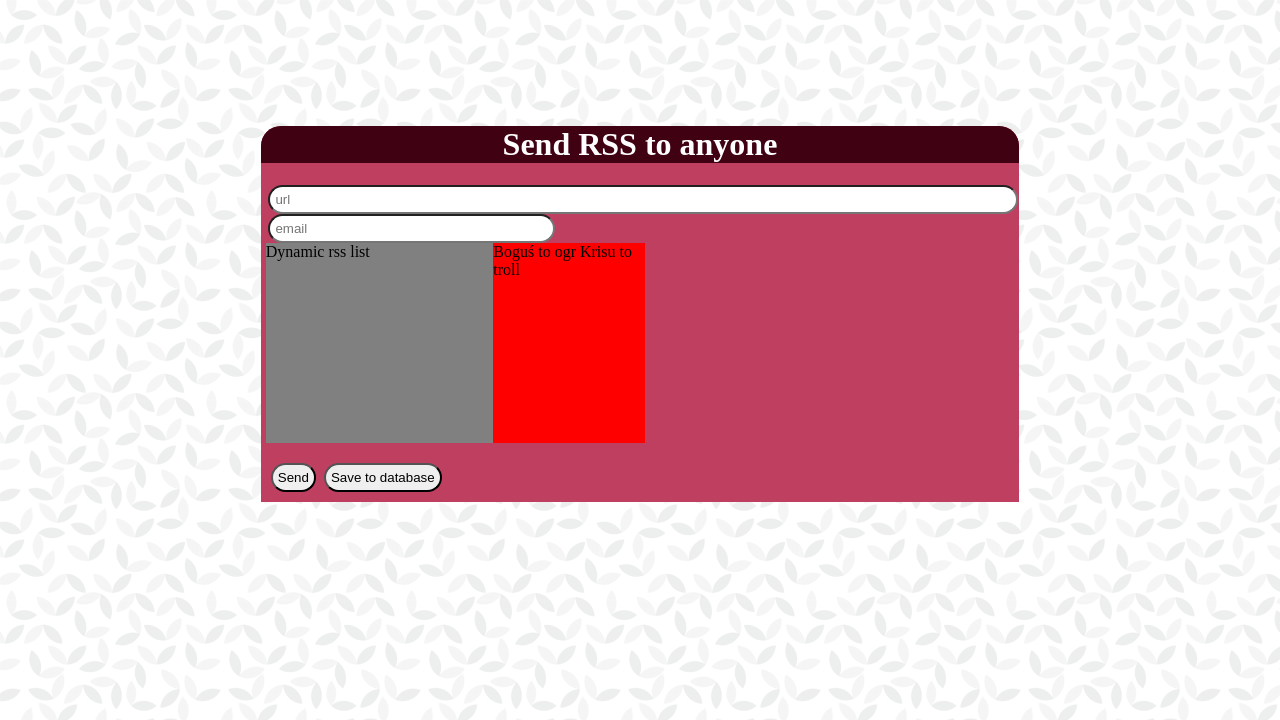
Repository: michalski9wsb/rss_final
Page: index.html
The author's editor kept a copy of each file at every save. The page is drawn from the files as they stood at one save, then again after the next save.
The browser window is 1280 px wide. The pictures show the whole page.
Some web fonts or font styles are not loaded; a fallback is used.

Above is the page before, as saved 2020-03-08 10:30:47.

### index.html
<!DOCTYPE html>
<html lang="pl">
    <head>
        <meta charset="utf-8" />
        <title>Send RSS</title>
        <meta name="deskription" content="Apk for RSS" />
        <meta name="keywords" content="RSS,aplication, send" />
        <meta http-equiv="X-UA-Compatioble" content="IE=edge,chrome=1" />
        <link href="style.css" rel="stylesheet" type="text/css" />
        <link href="https://fonts.googleapis.com/css?family=Trade+Winds&display=swap" rel="stylesheet">
    </head>
    <body>
        <form method="get" action="send.php">
            <h1>Send RSS to anyone</h1>
            <div class="url-flex row">
                <input id="url"  name="url" type="url" placeholder="url"/>
            </div>
            <div id="helper"><input id="email"  name="email" type="email" placeholder="email" /></div>
            <div class="email-flex row">

                <div id="debug">
                    <label for="debug">Dynamic rss list</label>
                    <div name="debug"  rows="10">

                    </div>

                </div>
                <div class="sendlist" >
                    Boguś to ogr
                    Krisu to troll
                </div>

             </div>
             <div style="clear:both;"></div>
            <div class="row">
                <!--<div class="buttonCentre">-->
                    <input id="send" type="submit" value="Send"/>
                    <button id="save" name="save">Save to database</button>
                <!--</div>-->
            </div>
        </form>
    </body>
</html>

### style.css
body{
    background-image: url(geometric-leaves/geometric-leaves.png);
    font-family: 'Trade Winds' ;
}
h1{
    display: block;
    border-radius: 20px 20px 0px 0px;
    background-color: #400112;
    color: white;
    margin-left: auto;
    margin-right: auto;
    text-align: center;
    position: relative;
}
form{
    border-radius: 20px 20px 0 0;
    margin-left: 20%;
    margin-top: 10%;
    width: 60%;
    background-color: #BF3F61;
}
input{
    border-radius: 20px;
    padding: 5px;
}
input[type=submit]{
    margin-left: 10px;
}
button{
    border-radius: 20px;
    margin-left: 4px;
    padding: 5px;
    margin-bottom: 10px;
}
#debug{
    justify-content: space-around;
    background-color: gray;
    flex-direction: column;
    margin-left: 5px;
    float: left;
    width: 30%;
    height: 200px;
}
.sendlist{
    background-color: red;
    height: 200px;
    width: 20%;
}

input#email{
    float: left;
    width: 36%;
    margin-left: 1%;
}
input#url{
    /*margin-top: 2%;*/
    margin-left: 1%;
    width: 97%;
}
.row{
    width: 100%;
    margin-top: 20px;
}
.email-flex{
    display: flex;
}

After the next save:
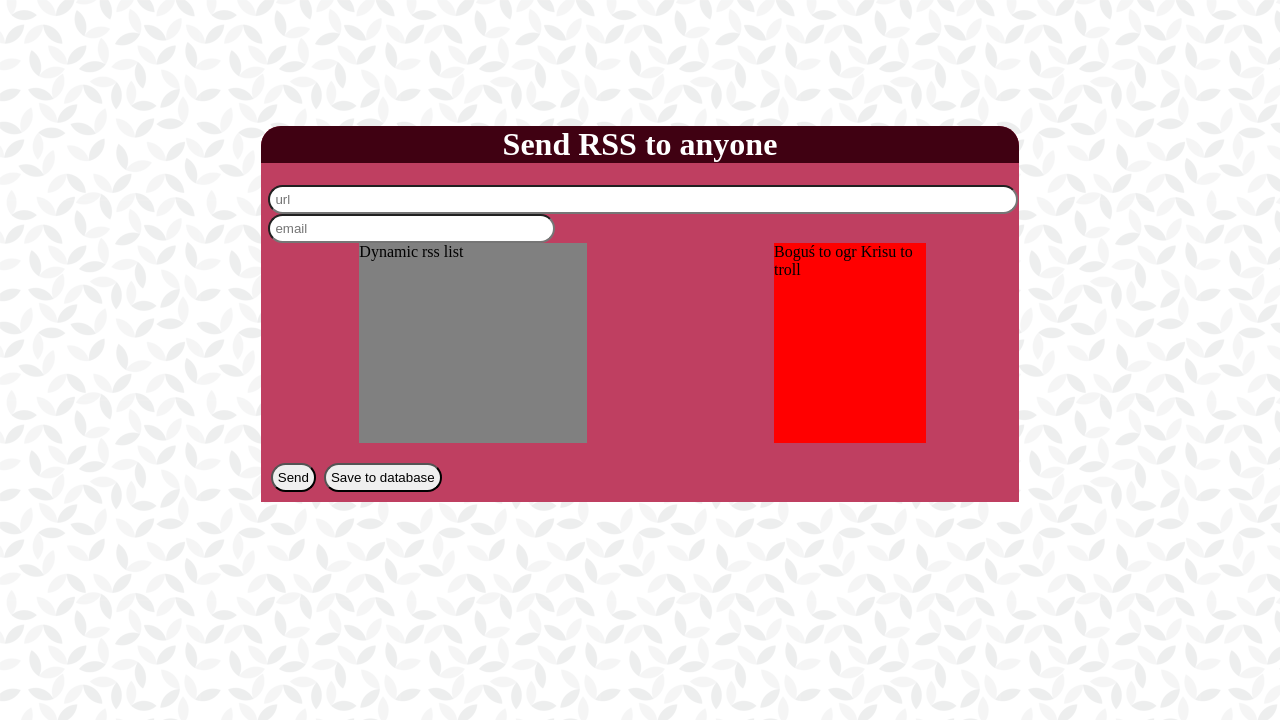
Saved 28 s later.
--- a/style.css
+++ b/style.css
@@ -33,7 +33,7 @@ button{
     margin-bottom: 10px;
 }
 #debug{
-    justify-content: space-around;
+
     background-color: gray;
     flex-direction: column;
     margin-left: 5px;
@@ -63,4 +63,5 @@ input#url{
 }
 .email-flex{
     display: flex;
+    justify-content: space-around;
 }
